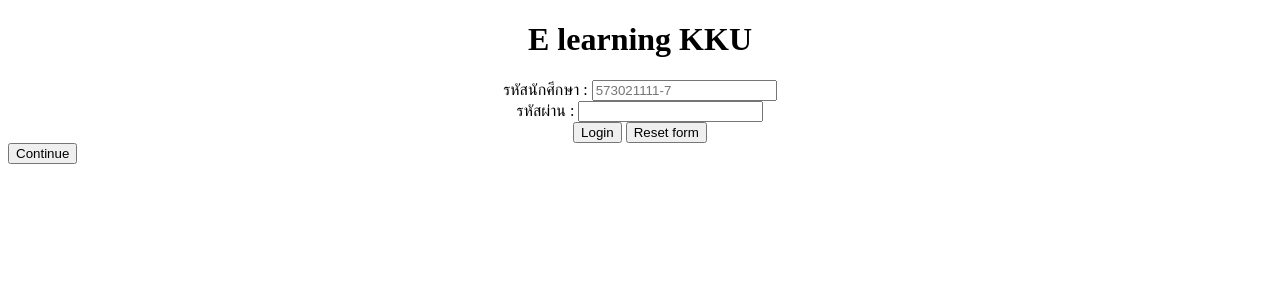
Repository: Wanaratkhamla/LabJavaWeb
Page: http://localhost/TestJoinTable/Login.jsp
These files come from the project's save history. The page is drawn as it stood at one moment and after the next save; the edit follows.
The browser window is 1280 px wide. The pictures show the whole page.
The page is served by Tomcat 9. Other server files are loaded and not shown.

Above is the page before, as saved 2017-02-28 18:19:06.

### TestJoinTable/WebContent/Login.jsp
<%@ page contentType="text/html; charset=utf-8" pageEncoding="utf-8"%>
<!DOCTYPE html PUBLIC "-//W3C//DTD HTML 4.01 Transitional//EN" "http://www.w3.org/TR/html4/loose.dtd">
<html>
<head>
<meta http-equiv="Content-Type" content="text/html; charset=ISO-8859-1">
<meta content="utf-8">
<title>Insert title here</title>
</head>
<body>
	<div align="center">
		<form action="login">
			<h1>E learning KKU</h1>
			<input type="hidden" name="action" value="login">
			รหัสนักศึกษา : <input size="20" type="text" name="SID"
				placeholder="573021111-7"> <br> รหัสผ่าน : <input
				size="20" type="password" name="Password"> <br>
			<button type="submit">Login</button>
			<input type="button" onclick="myFunction()" value="Reset form">
		</form>
	</div>
	<button type="button" onclick="window.location.href='Register.jsp'">Continue</button>
	<script>
		function myFunction() {
			document.getElementById("myForm").reset();
		}
	</script>
</body>
</html>

After the next save:
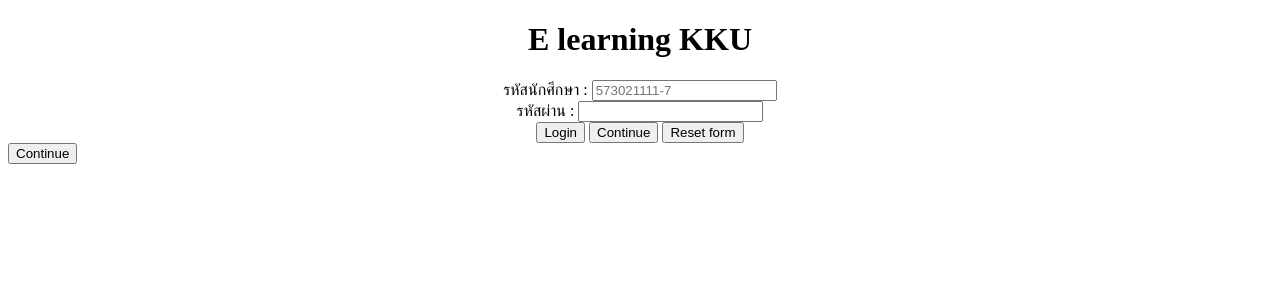
Saved 5 s later.
--- a/TestJoinTable/WebContent/Login.jsp
+++ b/TestJoinTable/WebContent/Login.jsp
@@ -15,6 +15,7 @@
 				placeholder="573021111-7"> <br> รหัสผ่าน : <input
 				size="20" type="password" name="Password"> <br>
 			<button type="submit">Login</button>
+			<button type="button" onclick="window.location.href='Register.jsp'">Continue</button>
 			<input type="button" onclick="myFunction()" value="Reset form">
 		</form>
 	</div>
